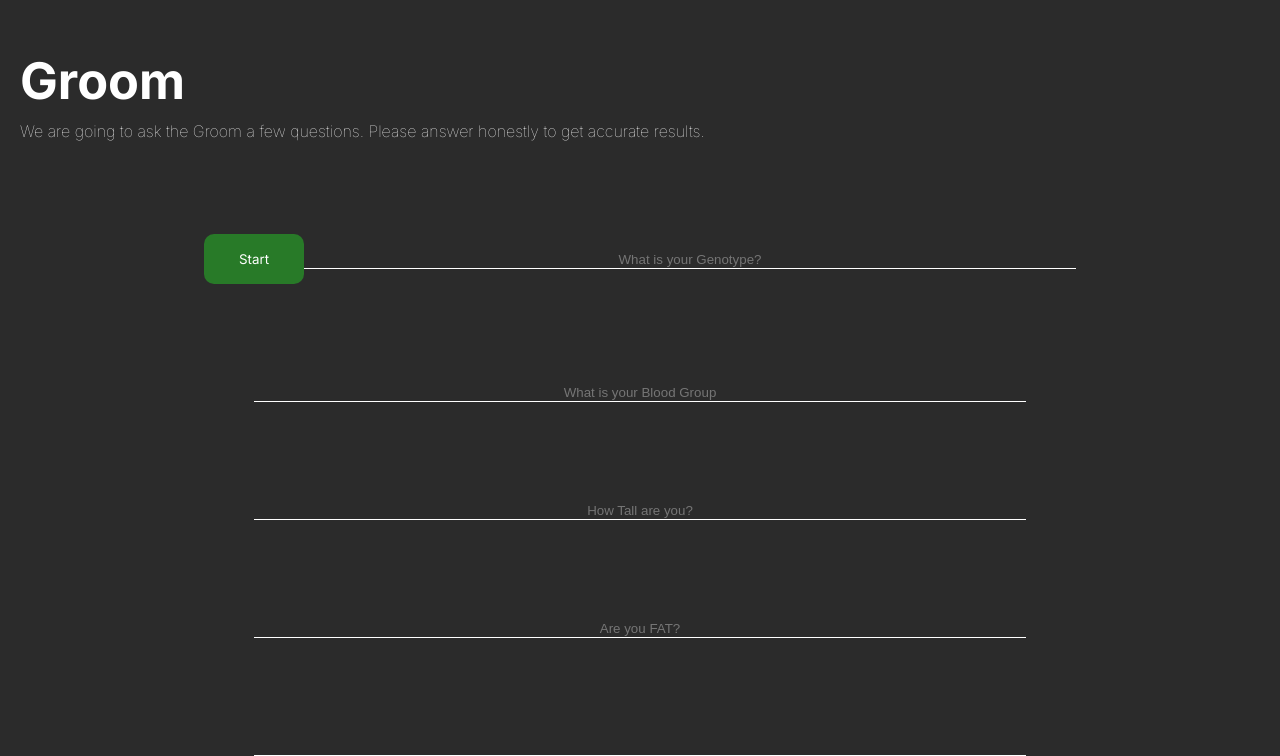
Repository: devhabeeblateef/tictactoe
Page: /
An editor plug-in stored every save of this project. The page is shown before and after the next save, followed by the edit.
The browser window is 1280 px wide. The pictures show the whole page.
The project was rebuilt for these pictures with package versions that can differ from the ones it lists, and the page was loaded fresh each time. Also part of the build but not shown: src/App.css, src/Myform.js.

Above is the page before, as saved 2022-06-17 02:18:32.

After the next save:
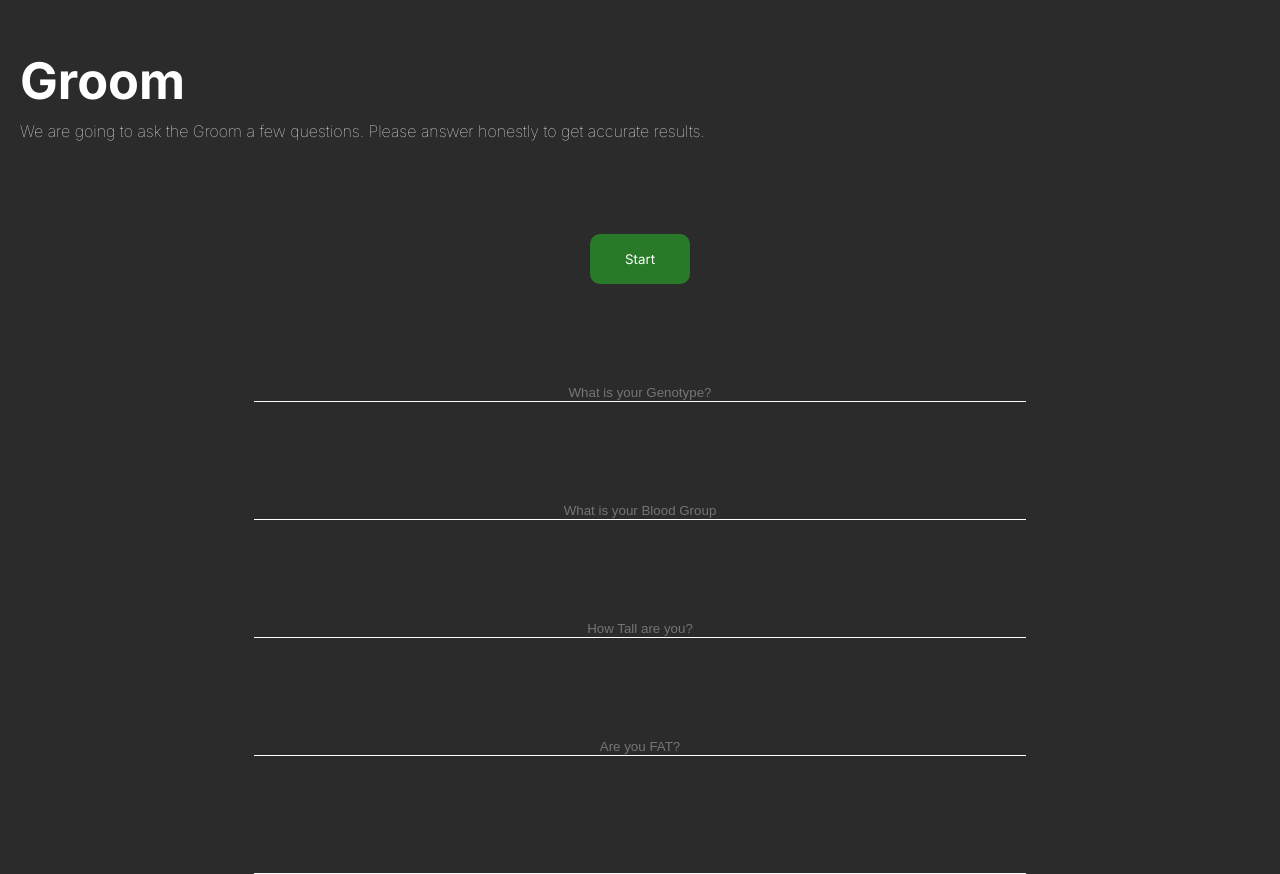
Saved 9 s later.
--- a/src/Form.js
+++ b/src/Form.js
@@ -23,7 +23,7 @@ function Form() {
         </p>
         <center>
         {started ? <button onClick={start} className={classes.start}>
-        Start</button> : ""}
+        Start</button> : ""}<br/>
         <input  className={classes.questions} placeholder={maleQuestions[0]}/>
         <input  className={classes.questions} placeholder={maleQuestions[1]}/>
         <input  className={classes.questions} placeholder={maleQuestions[2]}/>
